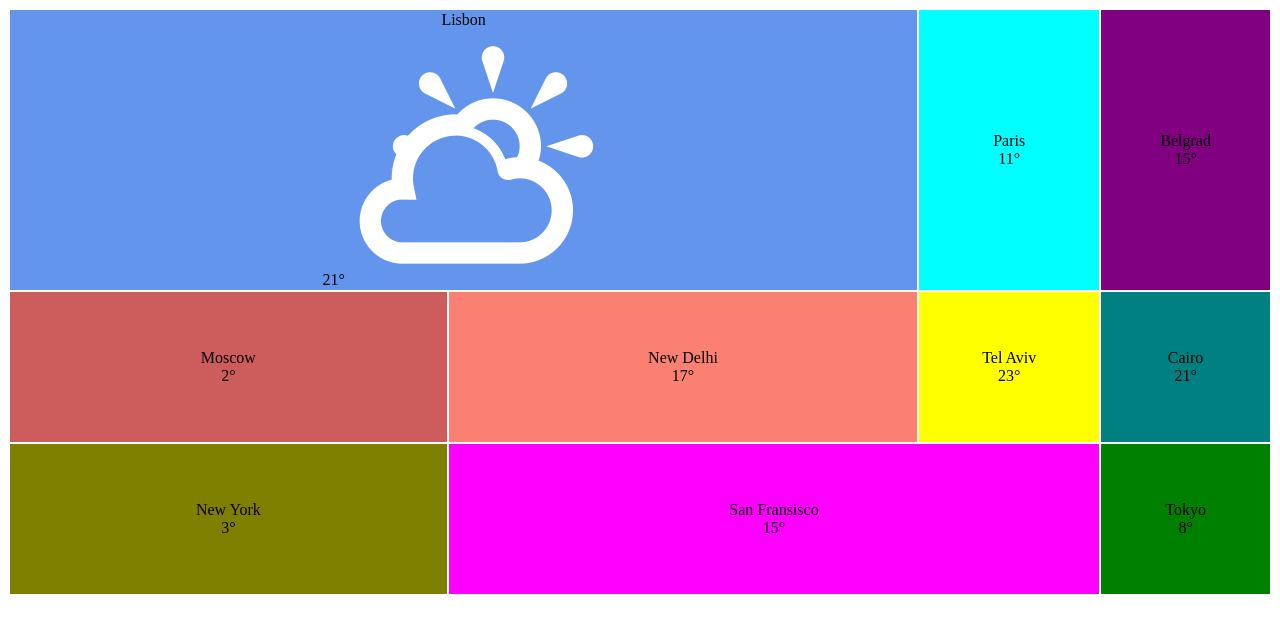
Repository: aysedo/html
Page: Week_2/index.html
An editor plug-in stored every save of this project. The page is shown before and after the next save, followed by the edit.
The browser window is 1280 px wide. The pictures show the whole page.

Above is the page before, as saved 2021-08-24 15:35:24.

### Week_2/index.html
<!DOCTYPE html>
<html lang="en">
  <head>
    <meta charset="UTF-8" />
    <meta http-equiv="X-UA-Compatible" content="IE=edge" />
    <meta name="viewport" content="width=device-width, initial-scale=1.0" />
    <title>Document</title>
  </head>
  <body>
    <table width="100%">
      <tr height="150">
        <td colspan="2" bgcolor="cornflowerblue" align="center">
          Lisbon <br />
          21°
          <img src="img.png" />
        </td>
        <td bgcolor="Aqua" align="center">
          Paris <br />
          11°
        </td>
        <td bgcolor="Purple" align="center">
          Belgrad <br />
          15°
        </td>
      </tr>
      <tr height="150">
        <td bgcolor="Indianred" align="center">
          Moscow <br />
          2°
        </td>
        <td bgcolor="Salmon" align="center">
          New Delhi <br />
          17°
        </td>
        <td bgcolor="Yellow" align="center">
          Tel Aviv <br />
          23°
        </td>
        <td bgcolor="Teal" align="center">
          Cairo <br />
          21°
        </td>
      </tr>
      <tr height="150">
        <td bgcolor="Olive" align="center">
          New York <br />
          3°
        </td>
        <td colspan="2" bgcolor="Fuchsia" align="center">
          San Fransisco<br />
          15°
        </td>
        <td bgcolor="Green" align="center">
          Tokyo <br />
          8°
        </td>
      </tr>
    </table>
  </body>
</html>

After the next save:
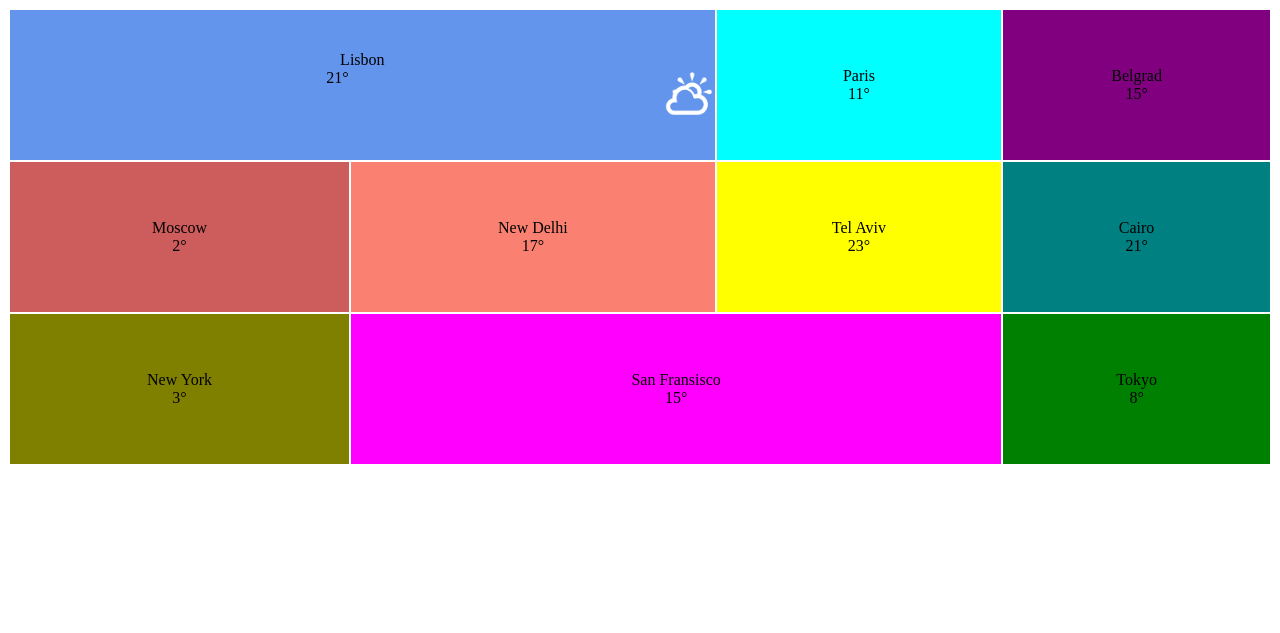
Saved 56 s later.
--- a/Week_2/index.html
+++ b/Week_2/index.html
@@ -12,7 +12,7 @@
         <td colspan="2" bgcolor="cornflowerblue" align="center">
           Lisbon <br />
           21°
-          <img src="img.png" />
+          <img src="img.png" width="50" align="right"/>
         </td>
         <td bgcolor="Aqua" align="center">
           Paris <br />
